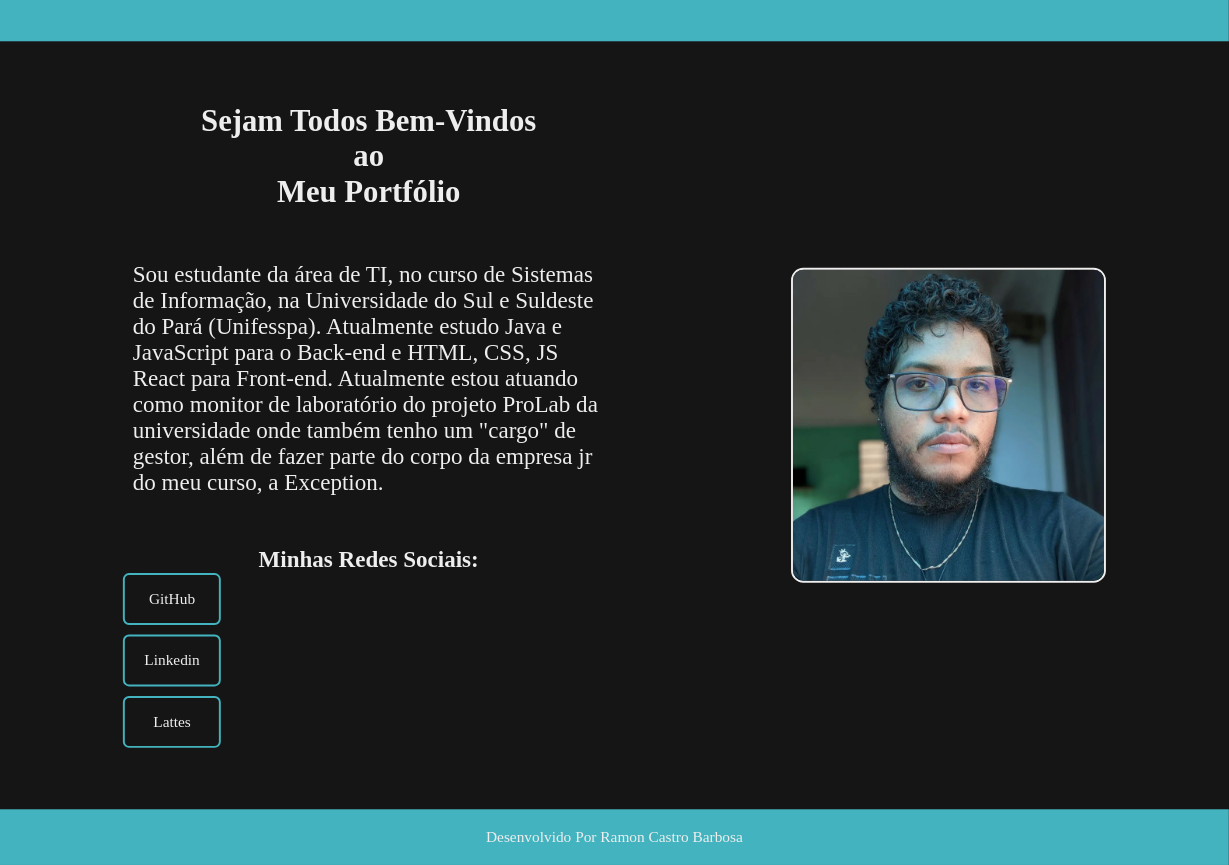
Repository: ramoncbarbosa/Web1_Atividade2
Page: index.html
The author's editor kept a copy of each file at every save. The page is drawn from the files as they stood at one save, then again after the next save.
The browser window is 1280 px wide. The pictures show the whole page, at 96% of full size.

Above is the page before, as saved 2023-06-10 16:49:48.

### index.html
<!DOCTYPE html>
<html lang="en-US">
<head>
    <meta charset="UTF-8">
    <meta name="viewport" content="width=device-width, initial-scale=1.0">
    <link rel="stylesheet" href="./styles/styles.css">
    <title>Portfólio</title>
</head>
<body>
    <header class="cabecalho">
        <nav>
           <a href=""></a>
           <a href=""></a>
        </nav>
    </header>
    <section></section>
    <main class="principal">
        <section class="principal__principal">
            <h1 class="principal__titulo"><strong>Sejam Todos Bem-Vindos<br> ao<br> Meu Portfólio</strong></h1>
            <p class="principal__texto">
                Sou estudante da área de TI, no curso de Sistemas de Informação, na Universidade do Sul e Suldeste do Pará (Unifesspa). Atualmente estudo Java e JavaScript para o Back-end e HTML, CSS, JS React para Front-end.
                    Atualmente estou atuando como monitor de laboratório do projeto ProLab da universidade onde também tenho um "cargo" de gestor, além de fazer parte do corpo da empresa jr do meu curso, a Exception.
            </p>
            <div class="princiapl__links">
                <h2 class="secundario__titulo">Minhas Redes Sociais:</h2>
                <a target="_blank" id="github" href=""><img src="" alt="">GitHub</a>
                <a target="_blank" id="linkedin" href=""><img src="" alt="">Linkedin</a>
                <a target="_blank" id="lattes" href=""><img src="" alt="">Lattes</a>
            </div>
        </section>
            <img class="imagem" src="./img/perfil.jpg" alt="">
    </main>
    <footer class="rodape">
        <p class="rodape__rodape">Desenvolvido Por Ramon Castro Barbosa</p>
    </footer>
</body>
</html>

### styles/styles.css
*{
    padding: 0;
    margin: 0;
    box-sizing: border-box;
    text-decoration: none;
    gap: 0;
}

:root{
    --cor-um: #43b4bf;
    --cor-dois: #EEEEEE;
    --cor-tres: #151515;
}

body{
    width: 100%;
    height: 80vh;
    box-sizing: border-box;
    background-color: var(--cor-tres);
    color: var(--cor-dois);
}

.cabecalho{
    width: 100%;
    height: 6vh;
    padding: 2% 0 0 10%;
    gap: 5rem;
    display: flex;
    background-color: var(--cor-um);
}

.principal{
    justify-content: space-between;
    display: flex;
    align-items: center;
    padding: 5% 10%;

}

.principal__principal{
    width: 50%;
    display: flex;
    flex-direction: column;
    gap: 1.8rem;
    text-align: center;
}

.principal__titulo{
    text-align: center;
    justify-content: center;
    font-size: 32px;
}

.principal__texto{
    display: flex;
    align-items: center;
    flex-wrap: wrap;
    justify-content: space-around;
    padding: 5% 2%;
    font-size: 24px;
    text-align: left;
}

.principal__links{
    display: flex;
    flex-direction: column;
    justify-content: center;
    align-items: center;
    padding: 0;
    text-align: center;

}


#github{
    display: flex;
    align-items: center;
    justify-content: center;
    text-align: center;
    border: 2px solid var(--cor-um);
    border-radius: 0.4rem;
    width: 20%;
    text-decoration: none;
    padding: 1rem 0;
    margin-bottom: 2%;
    color: var(--cor-dois);
}

#linkedin{
    display: flex;
    align-items: center;
    justify-content: center;
    text-align: center;
    border: 2px solid var(--cor-um);
    border-radius: 0.4rem;
    width: 20%;
    text-decoration: none;
    padding: 1rem 0;
    margin-bottom: 2%;
    color: var(--cor-dois);
}

#lattes{
    display: flex;
    align-items: center;
    justify-content: center;
    text-align: center;
    border: 2px solid var(--cor-um);
    border-radius: 0.4rem;
    width: 20%;
    text-decoration: none;
    padding: 1rem 0;
    color: var(--cor-dois);
}

.imagem{
    width: 32%;
    display: flex;
    justify-content: center;
    border-radius: 0.8rem;
    border: 2px solid var(--cor-dois);
}

.rodape{
    width: 100%;
    height: 8vh;
    display: flex;
    align-items: center;
    flex-wrap: wrap;
    justify-content: space-around;

    background-color: var(--cor-um);
}

.rodape__rodape{
    text-align: center;
    padding: 1.5%;
}

After the next save:
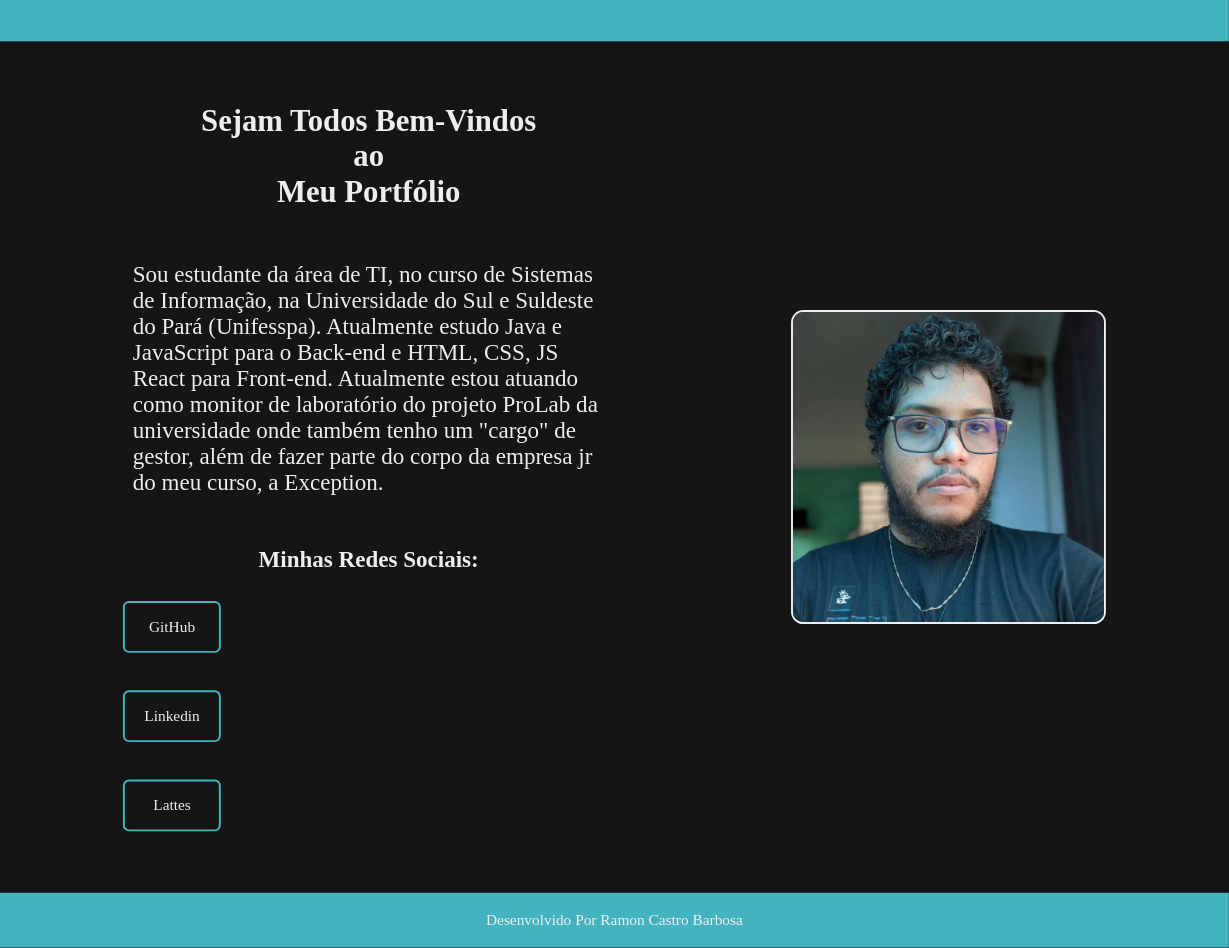
Saved 18 s later.
--- a/index.html
+++ b/index.html
@@ -21,7 +21,7 @@
                 Sou estudante da área de TI, no curso de Sistemas de Informação, na Universidade do Sul e Suldeste do Pará (Unifesspa). Atualmente estudo Java e JavaScript para o Back-end e HTML, CSS, JS React para Front-end.
                     Atualmente estou atuando como monitor de laboratório do projeto ProLab da universidade onde também tenho um "cargo" de gestor, além de fazer parte do corpo da empresa jr do meu curso, a Exception.
             </p>
-            <div class="princiapl__links">
+
                 <h2 class="secundario__titulo">Minhas Redes Sociais:</h2>
                 <a target="_blank" id="github" href=""><img src="" alt="">GitHub</a>
                 <a target="_blank" id="linkedin" href=""><img src="" alt="">Linkedin</a>

After the 2 saves that followed:
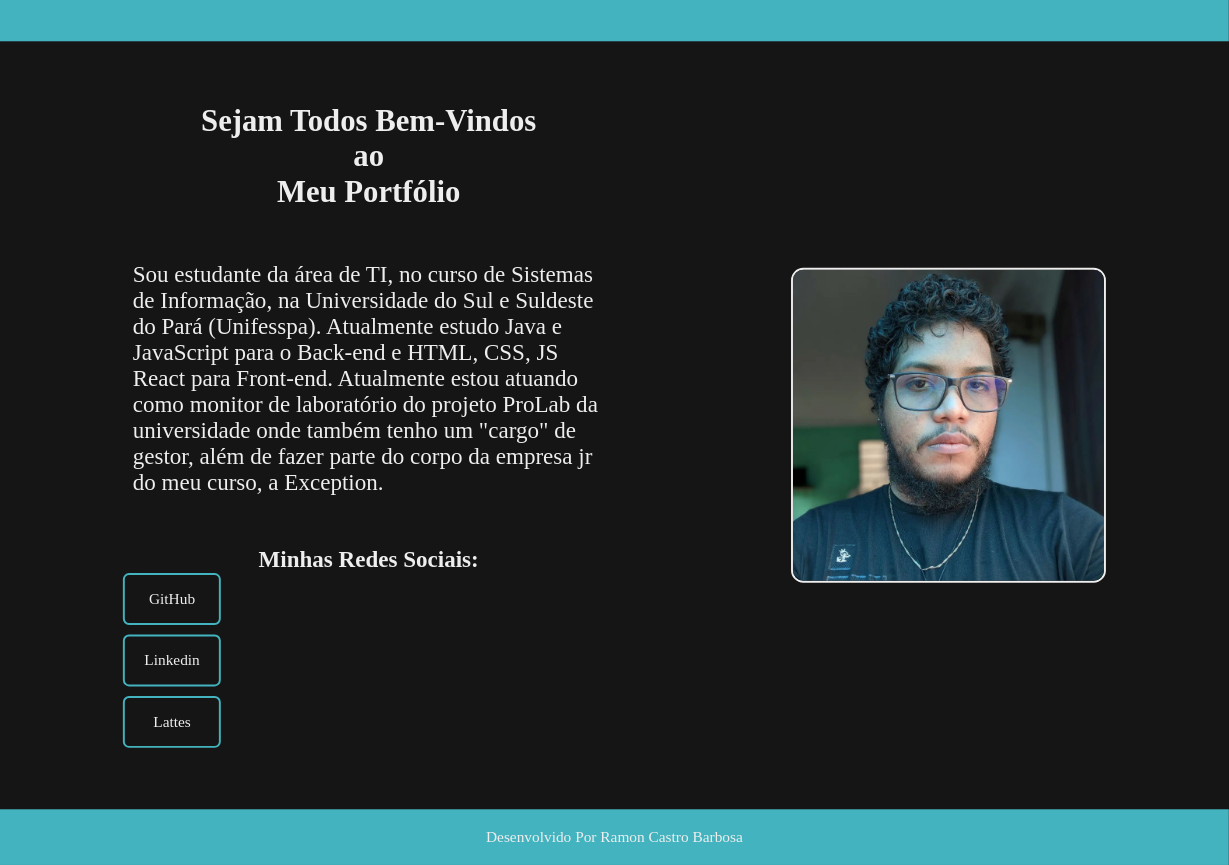
The 2 saves are shown as one change because 1 left the picture as it was.
The last was saved 30 s later.
--- a/index.html
+++ b/index.html
@@ -21,7 +21,7 @@
                 Sou estudante da área de TI, no curso de Sistemas de Informação, na Universidade do Sul e Suldeste do Pará (Unifesspa). Atualmente estudo Java e JavaScript para o Back-end e HTML, CSS, JS React para Front-end.
                     Atualmente estou atuando como monitor de laboratório do projeto ProLab da universidade onde também tenho um "cargo" de gestor, além de fazer parte do corpo da empresa jr do meu curso, a Exception.
             </p>
-
+            <div class="princiapl__links">
                 <h2 class="secundario__titulo">Minhas Redes Sociais:</h2>
                 <a target="_blank" id="github" href=""><img src="" alt="">GitHub</a>
                 <a target="_blank" id="linkedin" href=""><img src="" alt="">Linkedin</a>
--- a/styles/styles.css
+++ b/styles/styles.css
@@ -66,7 +66,6 @@ body{
     flex-direction: column;
     justify-content: center;
     align-items: center;
-    padding: 0;
     text-align: center;
 
 }
